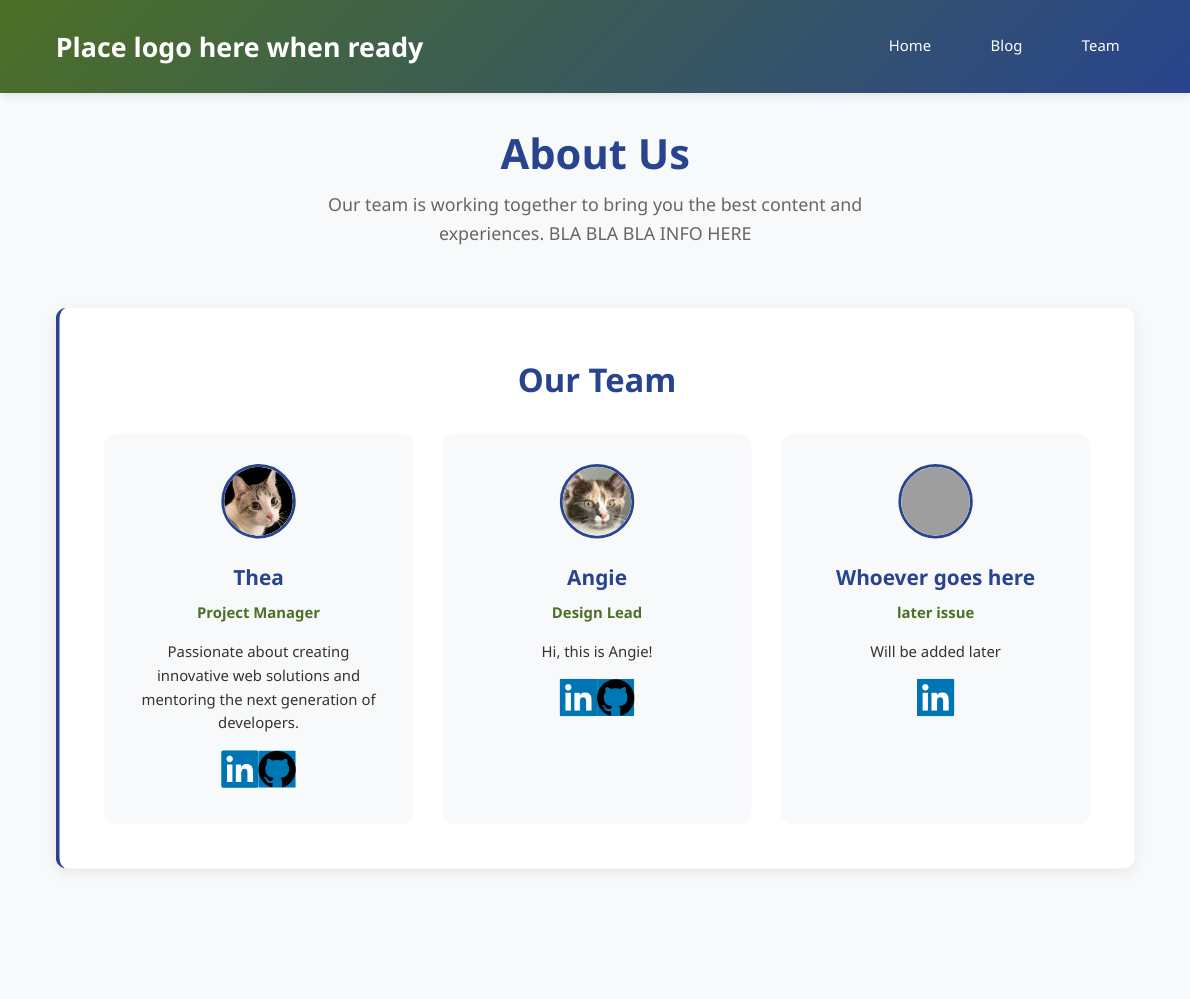
Repository: Bcit-sandy/TandemBlog
Page: /about
An editor plug-in stored every save of this project. The page is shown before and after a run of saves, followed by the edit.
The browser window is 1280 px wide. The pictures show the whole page, at 93% of full size.
Pictures or frames that could not be fetched are drawn as grey boxes. The project was rebuilt for these pictures with package versions that can differ from the ones it lists, and the page was loaded fresh each time. Also part of the build but not shown: vite.config.js, src/pages/Home.css, src/pages/Blog.css, src/pages/Blog.jsx, src/pages/Home.jsx, src/pages/BlogPost.css, src/pages/BlogPost.jsx.

Above is the page before, as saved 2025-10-13 17:31:51.

After the next 3 saves:
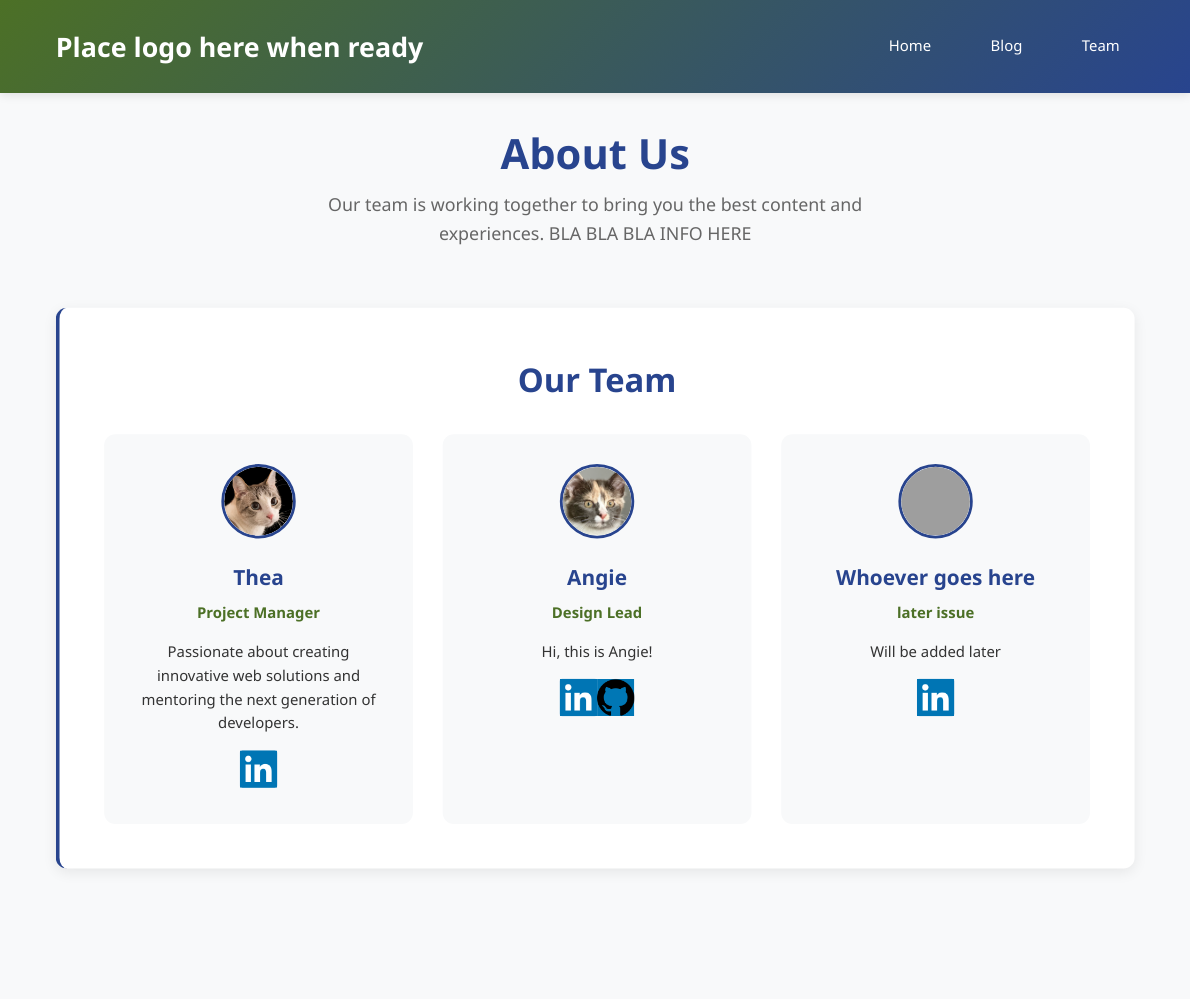
The 3 saves are shown as one change because they came seconds apart.
The last was saved 91 s later.
--- a/src/data/team.json
+++ b/src/data/team.json
@@ -5,8 +5,7 @@
     "role": "Project Manager",
     "bio": "Passionate about creating innovative web solutions and mentoring the next generation of developers.",
     "avatar": "Thea.png",
-    "linkedin": "https://www.linkedin.com/in/thea-profile",
-    "github": "https://github.com/thea-dev"
+    "linkedin": "https://www.linkedin.com/in/thea-profile"
   },
   {
     "id": 2,
